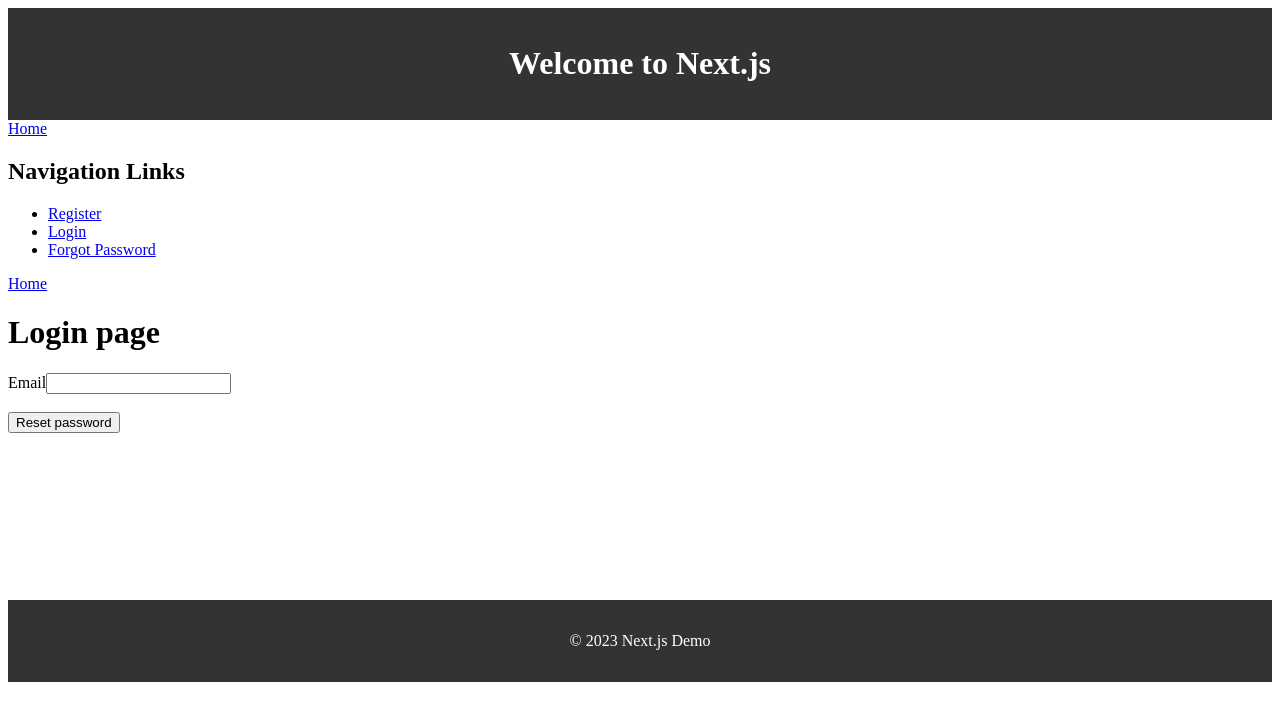
Repository: JasonMorta/NextJs-13_Basics
Page: /forgot-password (app in NEXTJS15/next13-demo/)
The author's editor kept a copy of each file at every save. The page is drawn from the files as they stood at one save, then again after the next save.
The browser window is 1280 px wide. The pictures show the whole page.
The project was rebuilt for these pictures with package versions that can differ from the ones it lists, and the page was loaded fresh each time. The framework's server and built-in components were replaced by stand-ins that run in the browser. Also part of the build but not shown: NEXTJS15/next13-demo/next.config.ts.

Above is the page before, as saved 2025-02-28 14:04:57.

### NEXTJS15/next13-demo/src/app/layout.tsx
export const metadata = {
  title: "Next.js",
  description: "Generated by Next.js",
};

export default function AuthLayout({children,}: {children: React.ReactNode}) {
  return (
    <html lang="en">
      <body>
        <header style={{ backgroundColor: '#333', color: '#fff', padding: '1rem', textAlign: 'center' }}>
          <h1>Welcome to Next.js</h1>
        </header>

        <main style={{
          minHeight: 'calc(80vh - 6rem)',
        }}>{children}</main>

        <footer style={{ backgroundColor: '#333', color: '#fff', padding: '1rem', textAlign: 'center', marginTop: 'auto' }}>
          <p>&copy; 2023 Next.js Demo</p>
        </footer>
      </body>
    </html>
  );
}

### NEXTJS15/next13-demo/src/app/(auth)/layout.tsx
"use client";
import Link from "next/link"

export default function AuthLayout({
  children,
}: {
  children: React.ReactNode
}) {

  const navLinks = [
    {href: `/register`, name: `Register`},
    {href: `/login`, name: `Login`},
    {href: `/forgot-password`, name: `Forgot Password`}
   ]
  return (
    <>
    <Link href="/">Home</Link><br />
      <h2>Navigation Links</h2>
      <ul>
        {navLinks.map((link, index) => (

            <li key={index}>
              <Link href={link.href}>{link.name}</Link>
            </li>

        ))}
      </ul>

      {children}
    </>
  )
}

### NEXTJS15/next13-demo/src/app/(auth)/forgot-password/page.tsx
import Link from 'next/link'
import React from 'react'

export default function forgotPassword() {
  return (
    <>
    <Link href="/">Home</Link><br />
    <h1>Login page</h1>
    <form>
      <label htmlFor="email">Email</label>
      <input type="email" id="email" name="email" />
      <br />
      <br />

      <button type="submit">Reset password</button>
    </form>
    </>
  )
}

After the next save:
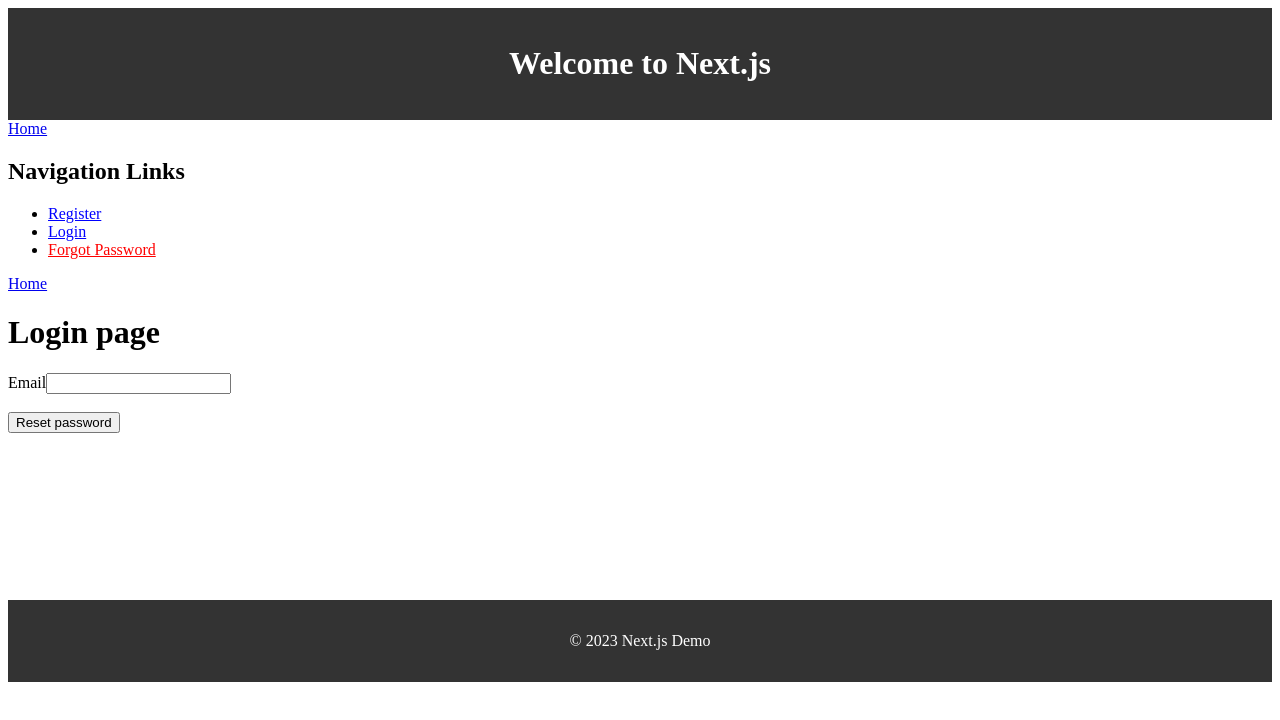
Saved 3 min 51 s later.
--- a/NEXTJS15/next13-demo/src/app/(auth)/layout.tsx
+++ b/NEXTJS15/next13-demo/src/app/(auth)/layout.tsx
@@ -1,29 +1,36 @@
 "use client";
 import Link from "next/link"
+import { usePathname } from "next/navigation";
 
-export default function AuthLayout({
-  children,
-}: {
-  children: React.ReactNode
-}) {
+export default function AuthLayout({ children, }: { children: React.ReactNode }) {
+
+  const pathName = usePathname()
+
 
   const navLinks = [
-    {href: `/register`, name: `Register`},
-    {href: `/login`, name: `Login`},
-    {href: `/forgot-password`, name: `Forgot Password`}
-   ]
+    { href: `/register`, name: `Register` },
+    { href: `/login`, name: `Login` },
+    { href: `/forgot-password`, name: `Forgot Password` }
+  ]
   return (
     <>
-    <Link href="/">Home</Link><br />
+      <Link href="/">Home</Link><br />
       <h2>Navigation Links</h2>
       <ul>
-        {navLinks.map((link, index) => (
+        {navLinks.map((link, index) => {
+          const isActive = pathName === link.href
 
-            <li key={index}>
-              <Link href={link.href}>{link.name}</Link>
-            </li>
+          return (<li key={index}>
+            <Link
+              style={{
+                color: isActive ? `red` : `blue`
+              }}
+              href={link.href}>
+              {link.name}
+            </Link>
+          </li>)
 
-        ))}
+        })}
       </ul>
 
       {children}
